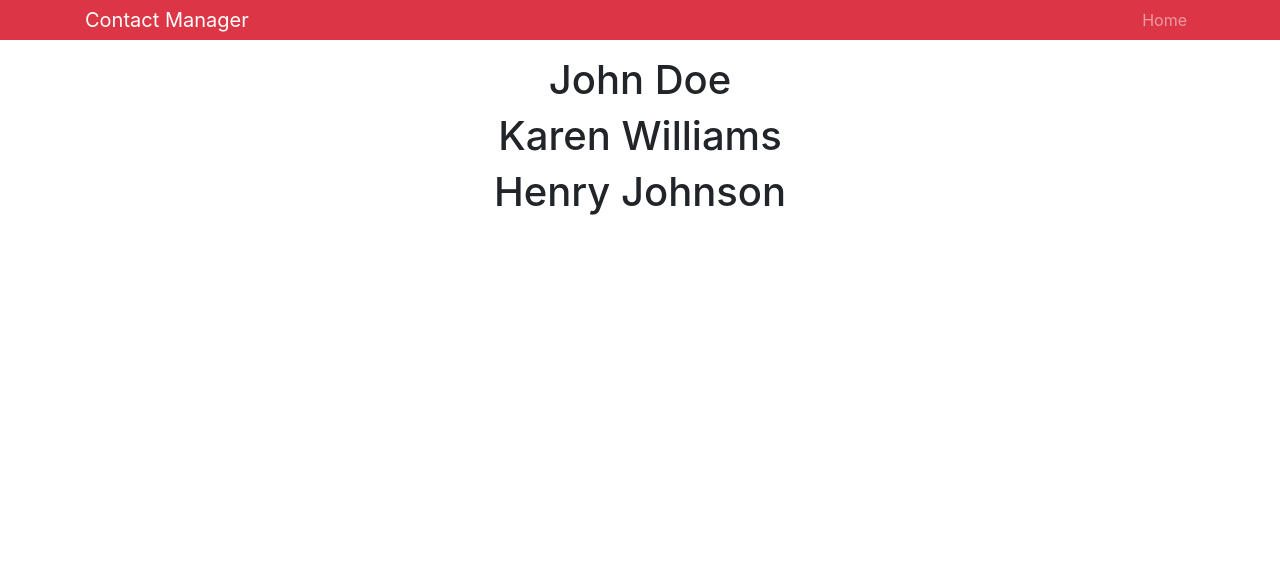
Repository: IkennaU/contactmanager
Page: /
An editor plug-in stored every save of this project. The page is shown before and after the next save, followed by the edit.
The browser window is 1280 px wide. The pictures show the whole page.
The project was rebuilt for these pictures with package versions that can differ from the ones it lists, and the page was loaded fresh each time.

Above is the page before, as saved 2020-07-20 15:38:34.

### public/index.html
<!DOCTYPE html>
<html lang="en">
  <head>
    <meta charset="utf-8" />
    <link rel="icon" href="%PUBLIC_URL%/favicon.ico" />
    <meta name="viewport" content="width=device-width, initial-scale=1" />
    <meta name="theme-color" content="#000000" />
    <meta
      name="description"
      content="Web site created using create-react-app"
    />
    <link rel="apple-touch-icon" href="%PUBLIC_URL%/logo192.png" />
    <!--
      manifest.json provides metadata used when your web app is installed on a
      user's mobile device or desktop. See https://developers.google.com/web/fundamentals/web-app-manifest/
    -->
    <link rel="manifest" href="%PUBLIC_URL%/manifest.json" />
    <!--
      Notice the use of %PUBLIC_URL% in the tags above.
      It will be replaced with the URL of the `public` folder during the build.
      Only files inside the `public` folder can be referenced from the HTML.

      Unlike "/favicon.ico" or "favicon.ico", "%PUBLIC_URL%/favicon.ico" will
      work correctly both with client-side routing and a non-root public URL.
      Learn how to configure a non-root public URL by running `npm run build`.
    -->
    <title>Contact Manager</title>
  </head>
  <body>
    <noscript>You need to enable JavaScript to run this app.</noscript>
    <div id="root"></div>
    <!--
      This HTML file is a template.
      If you open it directly in the browser, you will see an empty page.

      You can add webfonts, meta tags, or analytics to this file.
      The build step will place the bundled scripts into the <body> tag.

      To begin the development, run `npm start` or `yarn start`.
      To create a production bundle, use `npm run build` or `yarn build`.
    -->
  </body>
</html>

### src/App.js
import React from "react";
import Contact from "./components/Contact";
import Contacts from "./components/Contacts";
import Header from "./components/Header";
import "bootstrap/dist/css/bootstrap.min.css";

import "./App.css";

function App() {
  return (
    <div className="App">
      <Header branding="Contact Manager" />
      <div className="container">
        <Contacts />
      </div>
    </div>
  );
}

export default App;

### src/components/Contacts.js
import React, { Component } from "react";
import PropTypes from "prop-types";
import Contact from "./Contact";

class Contacts extends Component {
  static propTypes = {};

  constructor() {
    super();
    this.state = {
      contacts: [
        {
          id: 1,
          name: "John Doe",
          email: "jdoe@gmail.com",
          phone: "090-8765-4356",
        },
        {
          id: 2,
          name: "Karen Williams",
          email: "karen@gmail.com",
          phone: "090-6665-4446",
        },
        {
          id: 3,
          name: "Henry Johnson",
          email: "henry@gmail.com",
          phone: "090-5555-4356",
        },
      ],
    };
  }

  render() {
    const { contacts } = this.state;
    return (
      <div>
        {contacts.map((contact) => (
          <h1>{contact.name}</h1>
        ))}{" "}
      </div>
    );
  }
}

export default Contacts;

### src/components/Header.js
import React from "react";
import PropTypes from "prop-types";

function Header(props) {
  return (
    <nav className="navbar navbar-expand-sm navbar-dark bg-danger mb-3 py-0">
      <div className="container">
        <a href="/" className="navbar-brand">
          {props.branding}
        </a>
        <div>
          <ul className="navbar-nav mr-auto">
            <li className="nav-item">
              <a href="/" className="nav-link">
                Home
              </a>
            </li>
          </ul>
        </div>
      </div>
    </nav>
  );
}
Header.propTypes = { branding: PropTypes.string.isRequired };

export default Header;

### src/components/Contact.js
import React, { Component } from "react";
import PropTypes from "prop-types";

class Contact extends Component {
  static propTypes = {
    name: PropTypes.string.isRequired,
    email: PropTypes.string.isRequired,
    phone: PropTypes.string.isRequired,
  };

  render() {
    return (
      <div className="card card-body mb-3">
        <h4>{this.props.name}</h4>
        <ul className="list-group">
          <li className="list-group-item">Email: {this.props.email}</li>
          <li className="list-group-item">Phone: {this.props.phone}</li>
        </ul>
      </div>
    );
  }
}

export default Contact;

Loaded but not shown: src/index.js (common file); src/serviceWorker.js (common file); src/App.css (common file)

After the next save:
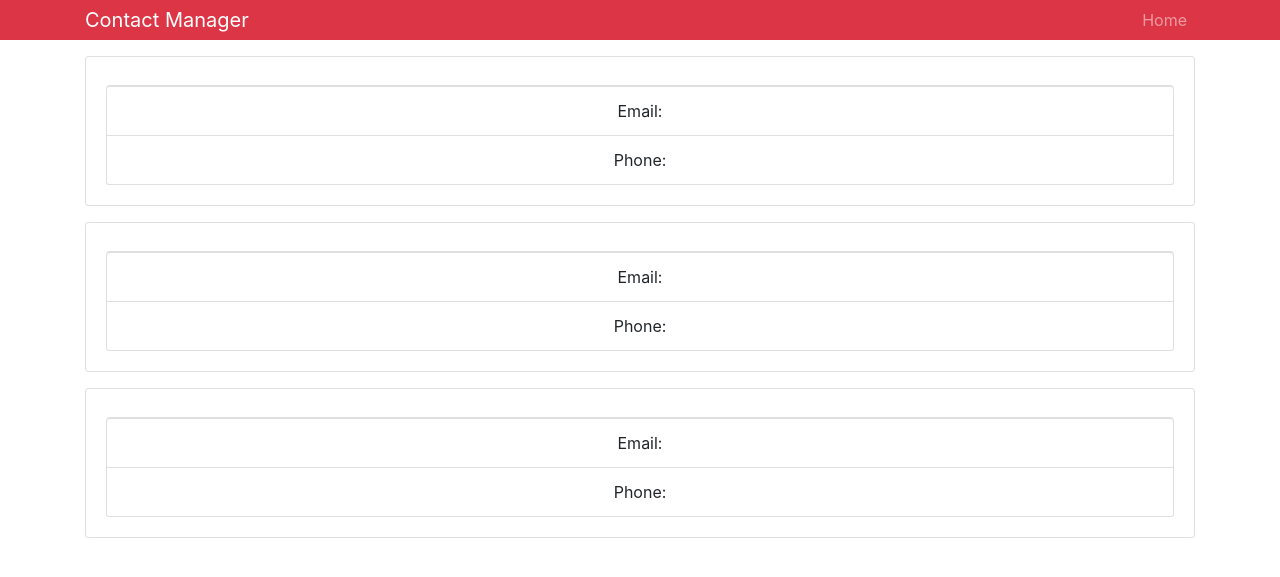
Saved 34 s later.
--- a/src/components/Contacts.js
+++ b/src/components/Contacts.js
@@ -36,7 +36,7 @@ class Contacts extends Component {
     return (
       <div>
         {contacts.map((contact) => (
-          <h1>{contact.name}</h1>
+          <Contact />
         ))}{" "}
       </div>
     );
